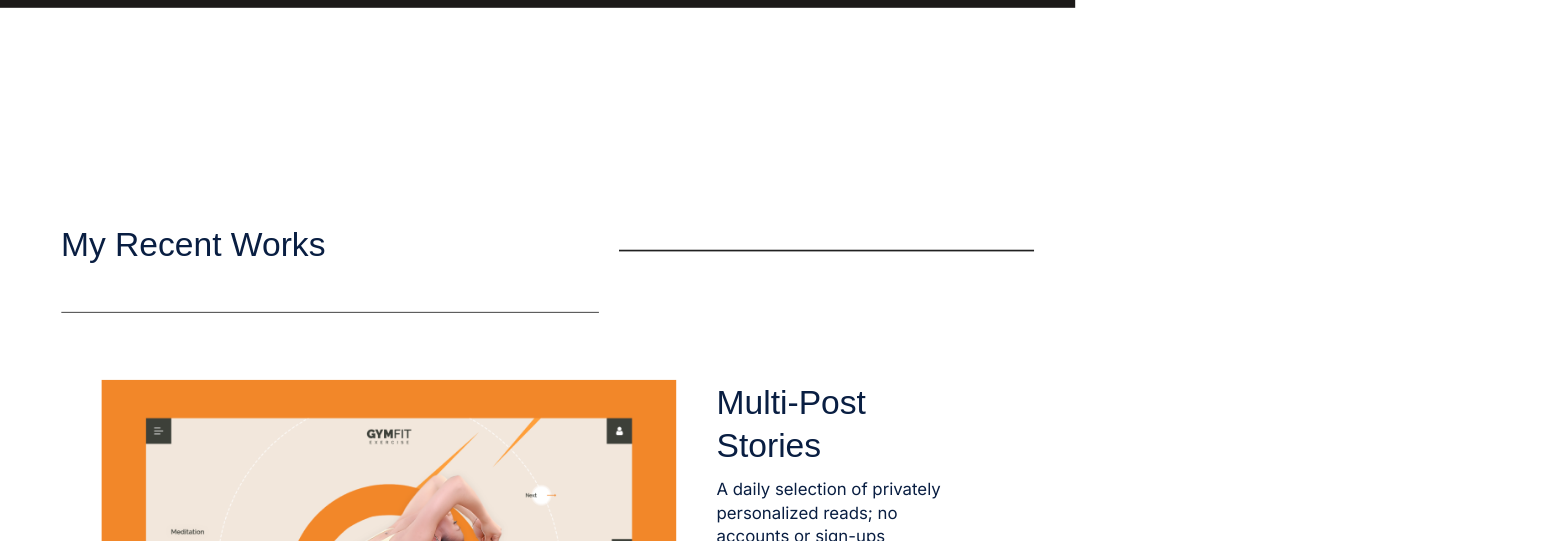
Repository: camilevahviraki/Portfolio
Page: index.html
The author's editor kept a copy of each file at every save. The page is drawn from the files as they stood at one save, then again after the next save.
The browser window is 1280 px wide. The page is 1853 px wide, so the pictures cover 1853 px, including what lies to the right of the window. The pictures show the part of the page from y = 711 to 1355 px (the page is 4818 px tall), at 84% of full size.
Pictures or frames that could not be fetched are drawn as grey boxes. Some web fonts or font styles are not loaded; a fallback is used.

Above is the page before, as saved 2022-03-25 09:21:18.

### index.html
<!DOCTYPE html>
<html lang="en">
  <head>
    <meta charset="UTF-8" />
    <meta http-equiv="X-UA-Compatible" content="IE=edge" />
    <meta name="viewport" content="width=device-width, initial-scale=1.0" />
    <link rel="preconnect" href="https://fonts.googleapis.com" />
    <link rel="preconnect" href="https://fonts.gstatic.com" crossorigin />
    <link
      href="https://fonts.googleapis.com/css2?family=Crete+Round&family=Inter:wght@400;500;700&family=Poppins:ital@0;1&family=Roboto:wght@700&display=swap"
      rel="stylesheet"
    />
    <link rel="stylesheet" href="index.css" />
  <link rel="stylesheet" media="screen and (min-width: 768px)" href="style_desktop.css" />
    <title>Portfolio</title>
  </head>
  <body>
    <nav>
      <a href="#" class="h2_1">Camilux</a>
      <ul class="nav_list">
        <li><a href="#" class="nav_menu">Portfolio</a></li>
        <li><a href="#" class="nav_menu">About</a></li>
        <li><a href="#" class="nav_menu">Contact</a></li>
        <li><a href="#" class="nav_menu"><img src="./images_desk/Union.png" alt="" class="hamburger" /></a></li>
      </ul>
    </nav>
    <section class="section1">
      <div class="p_section12">
        <h1 class="h1_1">Hey there. I'm Camile</h1>

        <h3 class="h3_title">I’am a Software Developer</h3>

        <p class="p1">
          I can help you build a product , feature or website Look through some
          of my work and experience! If you like what you see and have a project
          you need coded, don’t hesitate to contact me.
        </p>
      </div>
      <ul class="links_png">
        <li class="li_png">
          <a href="#">
            <img src="./images/github.png" alt="" class="png_img" />
          </a>
        </li>
        <li class="li_png">
          <a href="#">
            <img src="./images/LinkedinIcon.png" alt="" class="png_img" />
          </a>
        </li>
        <li class="li_png">
          <a href="#">
            <img src="./images/angelList.png" alt="" class="png_img" />
          </a>
        </li>
        <li class="li_png">
          <a href="#">
            <img src="./images/twitter.png" alt="" class="png_img" />
          </a>
        </li>
        <li class="li_png">
          <a href="#">
            <img src="./images/medium.png" alt="" class="png_img" />
          </a>
        </li>
      </ul>

    </section>
    <section class="my_projects">
      <section class="section2">
        <div class="my_works_title">
          <h2 class="h1_2">My Recent Works</h2>
          <div class="yellow_line"></div>
        </div>
        <div class="arrange_img_flex">
          <img
            src="./images_desk/Img_orange.png"
            alt=""
            class="image-section2"
          />
          <div>
            <h2 class="h2_2">Multi-Post Stories</h2>
            <p class="p2">
              A daily selection of privately personalized reads; no accounts or
              sign-ups required. has been the industry's standard dummy text
              ever since the 1500s, when an unknown printer took a standard
              dummy text.
            </p>
            <ul class="buttons_s2">
              <li class="bt_s2"><button class="buttonL">css</button></li>
              <li class="bt_s2"><button class="buttonL">html</button></li>
              <li class="bt_s2"><button class="buttonL">bootstrap</button></li>
              <li class="bt_s2"><button class="buttonL">Ruby</button></li>
            </ul>
            <button class="buttonEn">See Project</button>
          </div>
        </div>
      </section>
      <section class="my_works_grid">
        <section class="section_M" id="section_m1">
          <h2></h2>
          <button class="button_section_M_id1">See project</button>
        </section>

        <section class="section_M" id="section_m2">
          <h2 class="h1_3">Data Dashboard Healthcare</h2>
          <p class="p_sectionM">
            A daily selection of privately personalized reads; no accounts or
            sign-ups required. has been the industry's standard
          </p>
          <ul class="ul_sectionM">
            <li><button class="butn_M">html</button></li>
            <li><button class="butn_M">bootstrap</button></li>
            <li><button class="butn_M">Ruby</button></li>
          </ul>
          <button class="btn_M_en">See project</button>
        </section>
        <section class="section_M" id="section_m3">
          <h2 class="h1_3">Website Portfolio</h2>
          <p class="p_sectionM">
            A daily selection of privately personalized reads; no accounts or
            sign-ups required. has been the industry's standard
          </p>
          <ul class="ul_sectionM">
            <li><button class="butn_M">html</button></li>
            <li><button class="butn_M">bootstrap</button></li>
            <li><button class="butn_M">Ruby</button></li>
          </ul>
          <button class="btn_M_en">See project</button>
        </section>
        <section class="section_M" id="section_m4">
          <h2 class="h1_3">Profesional Art Printing Data More</h2>
          <p class="p_sectionM">
            A daily selection of privately personalized reads; no accounts or
            sign-ups required. has been the industry's standard
          </p>
          <ul class="ul_sectionM">
            <li><button class="butn_M">html</button></li>
            <li><button class="butn_M">bootstrap</button></li>
            <li><button class="butn_M">Ruby</button></li>
          </ul>
          <button class="btn_M_en">See project</button>
        </section>
        <section class="section_M" id="section_m5">
          <h2 class="h1_3">Data Dashboard Healthcare</h2>
          <p class="p_sectionM">
            A daily selection of privately personalized reads; no accounts or
            sign-ups required. has been the industry's standard
          </p>
          <ul class="ul_sectionM">
            <li><button class="butn_M">html</button></li>
            <li><button class="butn_M">bootstrap</button></li>
            <li><button class="butn_M">Ruby</button></li>
          </ul>
          <button class="btn_M_en">See project</button>
        </section>
        <section class="section_M" id="section_m6">
          <h2 class="h1_3">Website Portfolio</h2>
          <p class="p_sectionM">
            A daily selection of privately personalized reads; no accounts or
            sign-ups required. has been the industry's standard
          </p>
          <ul class="ul_sectionM">
            <li><button class="butn_M">html</button></li>
            <li><button class="butn_M">bootstrap</button></li>
            <li><button class="butn_M">Ruby</button></li>
          </ul>
          <button class="btn_M_en">See project</button>
        </section>
      </section>
    </section>

    <section class="section_aboutMe">
      <h2 class="h2_4">About me</h2>
      <p class="p_4">
        Hello I’m a software developer! I can help you build a product , feature
        or website Look through some of my work and experience! If you like what
        you see and have a project you need coded, don’t hestiate to contact me.
      </p>
      <button class="btn_about">Get My Resume</button>
      <img src="./images_desk/Frame_about_me.png" alt="" class="img_about_me" />
      <div class="bottom_line"></div>

      <div class="languages_div">
        <div class="languages_bloc">
          <div class="languages_title">
            <img src="./images/Rectangle55.png" alt="" class="rectangle1" />
            <h2 class="h1_5">Language</h2>
          </div>
          <ul class="languages">
            <li><h2 class="lng_elmnt">Javascript</h2></li>
            <li><h2 class="lng_elmnt">Ruby</h2></li>
            <li><h2 class="lng_elmnt">Html</h2></li>
            <li><h2 class="lng_elmnt">Css</h2></li>
          </ul>
        </div>
        <div class="languages_bloc">
          <div class="languages_title">
            <img src="./images/Rectangle56.png" alt="" class="rectangle" />
            <h2 class="h1_5">Frameworks</h2>
          </div>
          <ul class="languages">
            <li><h2 class="lng_elmnt">Bootstrap</h2></li>
            <li><h2 class="lng_elmnt">Ruby on Rails</h2></li>
            <li><h2 class="lng_elmnt">RSPec</h2></li>
            <li><h2 class="lng_elmnt">CapyBara</h2></li>
            <li><h2 class="lng_elmnt">Selenium</h2></li>
          </ul>
        </div>
        <div class="languages_bloc">
          <div class="languages_title">
            <img src="./images/circle57.png" alt="" class="rectangle" />
            <h2 class="h1_5">Skills</h2>
          </div>
          <ul class="languages">
            <li><h2 class="lng_elmnt">CodeKit</h2></li>
            <li><h2 class="lng_elmnt">Github</h2></li>
            <li><h2 class="lng_elmnt">Codepen</h2></li>
            <li><h2 class="lng_elmnt">Gitlab</h2></li>
            <li><h2 class="lng_elmnt">Terminal</h2></li>
          </ul>
        </div>
      </div>
    </section>
    <section class="contact_form">
      <section class="contacts_and_sumary">
        <p class="p_contact_form">
          I'm always interested in hearing about new projects, so if you'd like
          to chat please get in touch.
        </p>
        <form action="https://formspree.io/f/xgedzqjv" method="POST">
          <ul class="form_list">
            <li>
              <input
                type="text"
                name="name"
                placeholder="Full name"
                maxlength="30"
                required
              />
            </li>
            <li>
              <input
                type="email"
                name="email"
                placeholder="Email adress"
                required
              />
            </li>
            <li>
              <textarea
                name="message"
                placeholder="Enter text here"
                maxlength="500"
                required
              ></textarea>
            </li>
            <li>
              <button class="butn_submit" type="submit">Get in touch</button>
            </li>
          </ul>
        </form>
      </section>
      <div class="horizontal-bar1"></div>
      <ul class="icons_form">
        <li class="li_png">
          <a href="#">
            <img src="./images/github_blue.png" alt="" class="png_img" />
          </a>
        </li>
        <li class="li_png">
          <a href="#">
            <img src="./images/LinkedIn_blue.png" alt="" class="png_img" />
          </a>
        </li>
        <li class="li_png">
          <a href="#">
            <img src="./images/AngelList_blue.png" alt="" class="png_img" />
          </a>
        </li>
        <li class="li_png">
          <a href="#">
            <img src="./images/twiter_black.png" alt="" class="png_img" />
          </a>
        </li>
        <li class="li_png">
          <a href="#">
            <img src="./images/Medium_blue.png" alt="" class="png_img" />
          </a>
        </li>
      </ul>
      <div class="bottom_bar"></div>
    </section>
  </body>
</html>

### style_desktop.css
body {
  display: flex;
  flex-direction: column;
  align-items: center;
  width: 100vw;
  margin: 0;
}

.section1 {
  display: flex;
  flex-direction: row;
  background: #1c1a19;
  align-items: center;
  min-height: 100vh;
  width: 100vw;
  margin-left: 0;
  background-image: url('./images_desk/Illustration-header@2x.png');
  background-position: absolute;
  background-size: 540px;
  background-repeat: no-repeat;
  background-position-x: right;
}

nav {
  display: flex;
  flex-direction: row;
  align-items: center;
  position: absolute;
  width: 100vw;
  height: 48px;
  left: 0;
  top: 0;
  background: #3c3a39;
  margin-bottom: 12px;
  box-sizing: border-box;
  z-index: 2;
}

.h2_1 {
  position: static;
  width: 77px;
  height: 24px;
  font-family: "Roboto", Arial, Helvetica, sans-serif;
  font-style: normal;
  font-weight: 700;
  font-size: 18px;
  line-height: 24px;
  text-align: center;
  color: rgb(255, 255, 255);
  flex: none;
  padding-left: 154px;
  text-decoration: none;
}

.nav_list {
  position: absolute;
  right: 154px;
  display: flex;
  flex-direction: row;
  align-items: center;
  order: 1;
}

.nav_list li {
  list-style-type: none;
}

.nav_menu {
  font-family: "Inter", sans-serif;
  font-style: normal;
  font-weight: 600;
  font-size: 15px;
  color: #fff;
  text-decoration: none;
  margin-right: 32px;
}

.hamburger {
  position: static;
  width: 20px;
  height: 15px;
}

.links_png {
  order: 1;
  width: auto;
  list-style-type: none;
  display: flex;
  flex-direction: column;
  margin: 6px 0 6px 26px;
  padding: 10px;
}

.png_img {
  margin: 10px;
}

.p_section12 {
  margin-left: 57px;
  width: 490px;
  order: 2;
}

.h1_1 {
  width: 300px;
  height: auto;
  position: static;
  font-family: "Crete Round", Arial, Helvetica, sans-serif;
  font-style: normal;
  font-weight: 400;
  font-size: 56px;
  line-height: 64px;
  letter-spacing: 0.37px;
  color: #ff6b00;
  margin: 0 0 18px 0;
}

h3 {
  position: static;
  width: auto;
  max-height: 100vh;
  height: auto;
  font-family: "Roboto", Arial, Helvetica, sans-serif;
  font-style: normal;
  font-weight: 700;
  font-size: 24px;
  color: #fff5e1;
  margin: 6px 0 6px 0;
  align-self: start;
}

.p1 {
  position: static;
  height: auto;
  font-family: "Poppins", Arial, Helvetica, sans-serif;
  font-style: normal;
  font-weight: 400;
  font-size: 16px;
  line-height: 24px;
  color: #fff;
  flex: none;
  flex-grow: 0;
  z-index: 3;
  margin: 18px 0 0 0;
}

.my_projects {
  display: flex;
  flex-direction: column;
  align-items: center;
}

.my_works_title {
  margin-top: 135px;
  display: flex;
  flex-direction: row;
  align-items: center;
}

.h1_2 {
  max-height: 52px;
  font-family: "Crete Round", sans-serif;
  font-style: normal;
  font-weight: 400;
  font-size: 40px;
  line-height: 52px;
  color: #091e42;
  padding-right: 24px;
}

.yellow_line {
  width: 794px;
  height: 0;
  border: 1px solid #212121;
}

.section2 {
  display: flex;
  flex-direction: column;
  align-items: center;
}

.arrange_img_flex {
  display: flex;
  flex-direction: row;
  width: calc(100vw - 242px);
}

.h2_2 {
  font-family: "Crete Round", sans-serif;
  font-style: normal;
  font-weight: 400;
  font-size: 40px;
  line-height: 52px;
  color: #091e42;
  margin: 0 0 12px 0;
}

.p2 {
  font-family: "Inter", sans-serif;
  font-style: normal;
  font-weight: 400;
  font-size: 20px;
  line-height: 28px;
  color: #091e42;
}

.image-section2 {
  padding-right: 24px;
}

.buttons_s2 {
  width: auto;
  list-style-type: none;
  display: flex;
  flex-direction: row;
  margin: 6px 0 18px 0;
  padding-inline-start: 0;
  left: 12px;
  align-self: start;
  padding-left: 0;
}

.buttonL {
  padding: 10px 12px;
  font-family: "Inter", Arial, Helvetica, sans-serif;
  font-style: normal;
  font-weight: 500;
  font-size: 15px;
  line-height: 20px;
  color: #091e42;
  margin: 0 12px 0 0;
  background: #fff;
  border: 1px solid #8993a4;
  box-sizing: border-box;
}

.buttonEn {
  border: 1px solid #8993a4;
  box-sizing: border-box;
  background: #ff6b00;
  color: #fff;
  font-family: "Inter", Arial, Helvetica, sans-serif;
  font-style: normal;
  font-weight: 700;
  font-size: 17px;
  line-height: 24px;
  text-align: center;
  letter-spacing: 0.03em;
  margin: 6px 10px 6px 0;
  padding: 10px 12px 10px 12px;
  align-self: start;
}

.my_works_grid {
  display: grid;
  grid-template-columns: 1fr 1fr 1fr;
  width: calc(100vw - 242px);
  margin-top: 24px;
  row-gap: 37px;
  column-gap: 24px;
}

.section_M {
  width: auto;
  min-height: 435px;
  display: flex;
  flex-direction: column;
  justify-content: flex-end;
}

#section_m1 {
  position: relative;
  background-image: url("./images_desk/img_backgroud1.png");
}

#section_m2 {
  position: relative;
  background: linear-gradient(179.4deg, rgba(38, 38, 38, 0) 0.81%, rgba(38, 38, 38, 0.9) 84.03%), url("./images_desk/img_backgroud2.png");
}

#section_m3 {
  position: relative;
  background: linear-gradient(179.4deg, rgba(38, 38, 38, 0) 0.8%, rgba(38, 38, 38, 0.9) 84.03%), url("./images_desk/img_backgroud3.png");
}

#section_m4 {
  background: linear-gradient(180.45deg, rgba(38, 38, 38, 0) 0.75%, rgba(38, 38, 38, 0.9) 84.18%), url("./images_desk/img_backgroud1.png");
}

#section_m5 {
  position: relative;
  background: linear-gradient(179.4deg, rgba(38, 38, 38, 0) 0.81%, rgba(38, 38, 38, 0.9) 84.03%), url("./images_desk/img_backgroud2.png");
}

#section_m6 {
  position: relative;
  background: linear-gradient(180.45deg, rgba(38, 38, 38, 0) 0.75%, rgba(38, 38, 38, 0.9) 84.18%), url("./images_desk/img_backgroud3.png");
}

.button_section_M_id1 {
  position: absolute;
  bottom: 0;
  font-family: "Inter", Arial, Helvetica, sans-serif;
  font-style: normal;
  font-weight: 700;
  font-size: 17px;
  line-height: 24px;
  display: inline-flex;
  justify-content: center;
  letter-spacing: 0.03em;
  color: #fff;
  height: 48px;
  background: #ff6b00;
  width: 100%;
  padding-top: 8px;
  border: none;
}

.h1_3 {
  min-height: 81px;
  font-family: "Crete Round", Arial, Helvetica, sans-serif;
  font-style: normal;
  font-weight: 400;
  font-size: 32px;
  line-height: 44px;
  color: #fff;
  align-self: start;
  margin: 84px 16px 12px 16px;
}

.p_sectionM {
  height: 87px;
  font-family: "Inter", Arial, Helvetica, sans-serif;
  font-style: normal;
  font-weight: 400;
  font-size: 16px;
  line-height: 24px;
  color: #fff;
  margin: 0 16px 6px 16px;
}

.ul_sectionM {
  position: static;
  width: 100%;
  max-width: 100vh;
  list-style-type: none;
  display: flex;
  flex-direction: row;
  margin: 6px 0 6px 10px;
  padding-inline-start: 0;
  left: 12px;
}

.butn_M {
  background: rgba(255, 255, 255, 0.24);
  font-family: "Inter", Arial, Helvetica, sans-serif;
  font-style: normal;
  font-weight: 500;
  font-size: 15px;
  line-height: 20px;
  display: flex;
  flex-direction: row;
  align-items: center;
  padding: 10px 12px;
  color: #fff;
  margin: 6px;
  border: none;
}

.section_aboutMe {
  position: relative;
  width: 100vw;
  display: flex;
  flex-direction: column;
  background-color: #1c1a19;
  margin-top: 120px;
}

.h2_4 {
  font-family: "Crete Round", Arial, Helvetica, sans-serif;
  font-style: normal;
  font-weight: 400;
  font-size: 72px;
  line-height: 88px;
  letter-spacing: 0.37px;
  color: #ff6b00;
  align-self: start;
  margin: 120px 24px 12px 154px;
}

.p_4 {
  width: 566px;
  font-family: "Inter", Arial, Helvetica, sans-serif;
  font-style: normal;
  font-weight: 400;
  font-size: 16px;
  line-height: 24px;
  color: #f4f5f7;
  margin: 12px 24px 12px 154px;
}

.btn_about {
  font-family: "Inter", Arial, Helvetica, sans-serif;
  font-style: normal;
  font-weight: 700;
  font-size: 17px;
  line-height: 24px;
  display: flex;
  align-items: center;
  text-align: center;
  letter-spacing: 0.03em;
  color: #fff;
  padding: 12px;
  background: #ff6b00;
  align-self: start;
  margin: 24px 0 209px 154px;
  border: none;
}

.img_about_me {
  position: absolute;
  align-self: flex-end;
  margin-top: 99px;
  width: 478px;
  height: auto;
}

.bottom_line {
  width: calc(100vw - 284px);
  border: 1px solid #fff;
  margin-left: 142px;
}

.languages_div {
  display: grid;
  grid-template-columns: 1fr 1fr 1fr;
  width: calc(100vw - 284px);
  margin-left: 142px;
  margin-top: 147px;
  margin-bottom: 124px;
}

.languages {
  list-style-type: none;
  display: flex;
  flex-direction: column;
  padding-left: 0;
  margin-left: 12px;
}

.languages_title {
  display: flex;
  flex-direction: row;
  margin-left: 12px;
}

.h1_5 {
  font-family: "Roboto", Arial, Helvetica, sans-serif;
  font-style: normal;
  font-weight: 700;
  font-size: 32px;
  line-height: 44px;
  color: #fff;
  margin: 0;
  justify-self: center;
}

.lng_elmnt {
  font-family: "Inter", Arial, Helvetica, sans-serif;
  font-style: normal;
  font-weight: 400;
  font-size: 22px;
  line-height: 43px;
  color: #fff;
  padding-inline-start: 0;
  align-self: flex-start;
}

.rectangle {
  margin-top: 11px;
  margin-right: 12px;
  width: 20px;
  height: 20px;
}

.rectangle1 {
  margin-top: 6px;
  margin-right: 12px;
  width: 30px;
  height: 30px;
}

.contacts_and_sumary {
  display: grid;
  grid-template-columns: 455px 684px;
  column-gap: 24px;
  width: calc(100vw - 284px);
}

.contact_form {
  display: flex;
  flex-direction: column;
  align-items: center;
}

.p_contact_form {
  font-family: "Inter", sans-serif;
  font-style: normal;
  font-weight: 700;
  font-size: 32px;
  line-height: 44px;
  color: #262626;
  position: static;
  width: 400px;
  margin: 130px 0 15px 0;
  text-align: left;
  padding-inline-start: 0;
}

.form_list {
  display: flex;
  flex-direction: column;
  align-items: center;
  margin-top: 130px;
  padding-inline-start: 0;
  margin-bottom: 100px;
}

.form_list li {
  list-style-type: none;
  display: flex;
  width: 100%;
  padding-inline-start: 0;
}

.form_list input {
  border: none;
  border-bottom: 1px solid #dbd8d7;
  margin-bottom: 40px;
  padding-bottom: 14px;
  width: 684px;
  color: #979493;
  font-family: "Inter", sans-serif;
  font-style: normal;
  font-weight: 400;
  font-size: 15px;
  line-height: 24px;
  padding-left: 12px;
}

.form_list textarea {
  padding-top: 12px;
  height: 114px;
  font-family: "Inter", sans-serif;
  font-style: normal;
  font-weight: 400;
  font-size: 15px;
  line-height: 24px;
  color: #3c3a39;
  background: #fbf8f8;
  width: 684px;
  border: none;
  padding-left: 12px;
}

.form_list button {
  background: #ff6b00;
  margin: 24px 0;
  font-family: "Inter", sans-serif;
  font-style: normal;
  font-weight: 700;
  font-size: 17px;
  line-height: 24px;
  text-align: center;
  letter-spacing: 0.03em;
  color: #fff;
  padding: 12px;
  border: none;
}

.horizontal-bar1 {
  border-bottom: 1px solid #dfe1e6;
  width: 100vw;
}

.icons_form {
  display: flex;
  flex-direction: row;
  list-style-type: none;
  padding-left: 0;
}

.bottom_bar {
  border: none;
}

.btn_about:hover {
  font-family: "Inter", Arial, Helvetica, sans-serif;
  font-style: normal;
  font-weight: 700;
  font-size: 17px;
  line-height: 24px;
  letter-spacing: 0.03em;
  color: #f55800;
  background: #fff5e1;
  border: 1px solid #f55800;
  box-sizing: border-box;
}

.btn_M_en:hover {
  font-family: "Inter", Arial, Helvetica, sans-serif;
  font-style: normal;
  font-weight: 700;
  font-size: 17px;
  line-height: 24px;
  letter-spacing: 0.03em;
  color: #f55800;
  background: #fff5e1;
  border: 1px solid #f55800;
  box-sizing: border-box;
}

.buttonL:hover {
  font-family: "Inter", Arial, Helvetica, sans-serif;
  font-style: normal;
  font-weight: 700;
  font-size: 17px;
  line-height: 24px;
  letter-spacing: 0.03em;
  color: #f55800;
  background: #fff5e1;
  border: 1px solid #f55800;
  box-sizing: border-box;
}

.buttonEn:hover {
  font-family: "Inter", Arial, Helvetica, sans-serif;
  font-style: normal;
  font-weight: 700;
  font-size: 17px;
  line-height: 24px;
  letter-spacing: 0.03em;
  color: #f55800;
  background: #fff5e1;
  border: 1px solid #f55800;
  box-sizing: border-box;
}

.button1:hover {
  filter: sepia(100%) hue-rotate(142deg) saturate(500%);
}

.butn_M:hover {
  font-family: "Inter", Arial, Helvetica, sans-serif;
  font-style: normal;
  font-weight: 700;
  font-size: 17px;
  line-height: 24px;
  letter-spacing: 0.03em;
  color: #f55800;
  background: #fff5e1;
  border: 1px solid #f55800;
  box-sizing: border-box;
}

.btn_about:active {
  font-family: "Inter", Arial, Helvetica, sans-serif;
  font-style: normal;
  font-weight: 700;
  font-size: 17px;
  line-height: 24px;
  letter-spacing: 0.03em;
  color: #f4f1f0;
  background: #e05304;
}

.btn_M_en:active {
  font-family: "Inter", Arial, Helvetica, sans-serif;
  font-style: normal;
  font-weight: 700;
  font-size: 17px;
  line-height: 24px;
  letter-spacing: 0.03em;
  color: #f4f1f0;
  background: #e05304;
}

.butn_M:active {
  font-family: "Inter", Arial, Helvetica, sans-serif;
  font-style: normal;
  font-weight: 700;
  font-size: 17px;
  line-height: 24px;
  letter-spacing: 0.03em;
  color: #f4f1f0;
  background: #e05304;
}

.buttonEn:active {
  font-family: "Inter", Arial, Helvetica, sans-serif;
  font-style: normal;
  font-weight: 700;
  font-size: 17px;
  line-height: 24px;
  letter-spacing: 0.03em;
  color: #f4f1f0;
  background: #e05304;
}

.buttonL:active {
  font-family: "Inter", Arial, Helvetica, sans-serif;
  font-style: normal;
  font-weight: 700;
  font-size: 17px;
  line-height: 24px;
  letter-spacing: 0.03em;
  color: #f4f1f0;
  background: #e05304;
}

.butn_submit:hover {
  font-family: "Inter", Arial, Helvetica, sans-serif;
  font-style: normal;
  font-weight: 700;
  font-size: 17px;
  line-height: 24px;
  letter-spacing: 0.03em;
  color: #f55800;
  background: #fff5e1;
  border: 1px solid #f55800;
  box-sizing: border-box;
}

.button_section_M_id1:hover {
  font-family: "Inter", Arial, Helvetica, sans-serif;
  font-style: normal;
  font-weight: 700;
  font-size: 17px;
  line-height: 24px;
  letter-spacing: 0.03em;
  color: #f55800;
  background: #fff5e1;
  border: 1px solid #f55800;
  box-sizing: border-box;
}

.button_section_M_id1:active {
  font-family: "Inter", Arial, Helvetica, sans-serif;
  font-style: normal;
  font-weight: 700;
  font-size: 17px;
  line-height: 24px;
  letter-spacing: 0.03em;
  color: #f4f1f0;
  background: #e05304;
}

.png_img:hover {
  filter: sepia(100%) hue-rotate(142deg) saturate(500%);
}

Loaded but not shown: index.css (713 lines, source omitted)

After the next save:
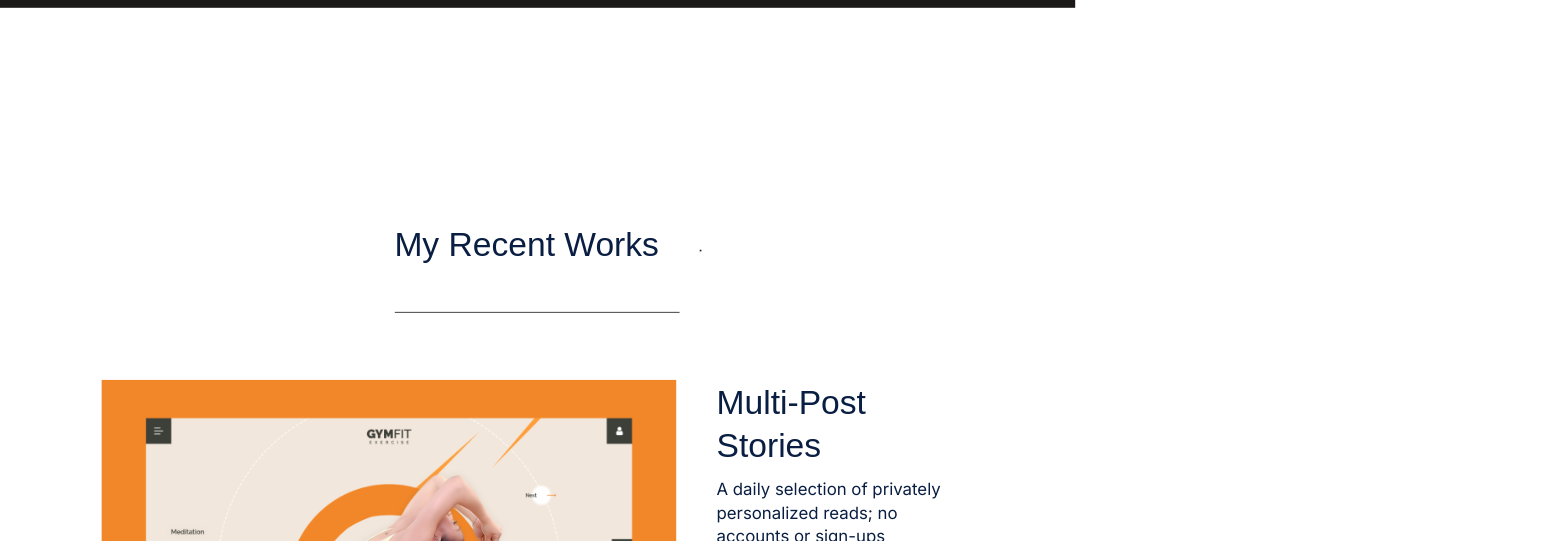
Saved 9 min 14 s later.
--- a/style_desktop.css
+++ b/style_desktop.css
@@ -158,6 +158,7 @@ h3 {
 }
 
 .h1_2 {
+  width: 315px;
   max-height: 52px;
   font-family: "Crete Round", sans-serif;
   font-style: normal;
@@ -169,7 +170,7 @@ h3 {
 }
 
 .yellow_line {
-  width: 794px;
+  width: calc()
   height: 0;
   border: 1px solid #212121;
 }
